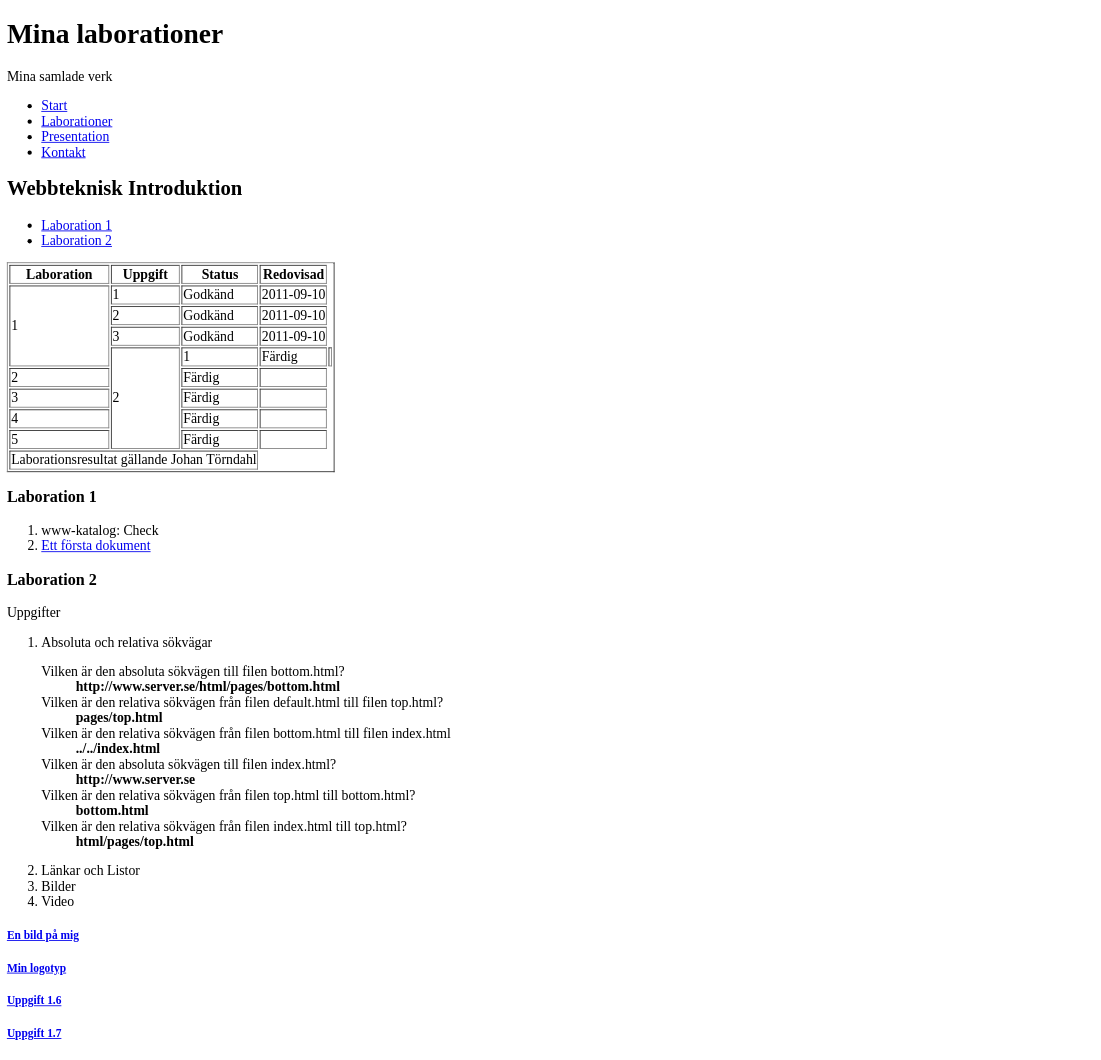
Repository: jt222ia/1ik415-jt222ia-laborationer
Page: pages/laborationer.html
The author's editor kept a record of every edit. The page is drawn from the files as they stood at one moment, then again after the next edit.
The browser window is 1280 px wide. The pictures show the whole page, at 86% of full size.

Above is the page before.

After the next edit:
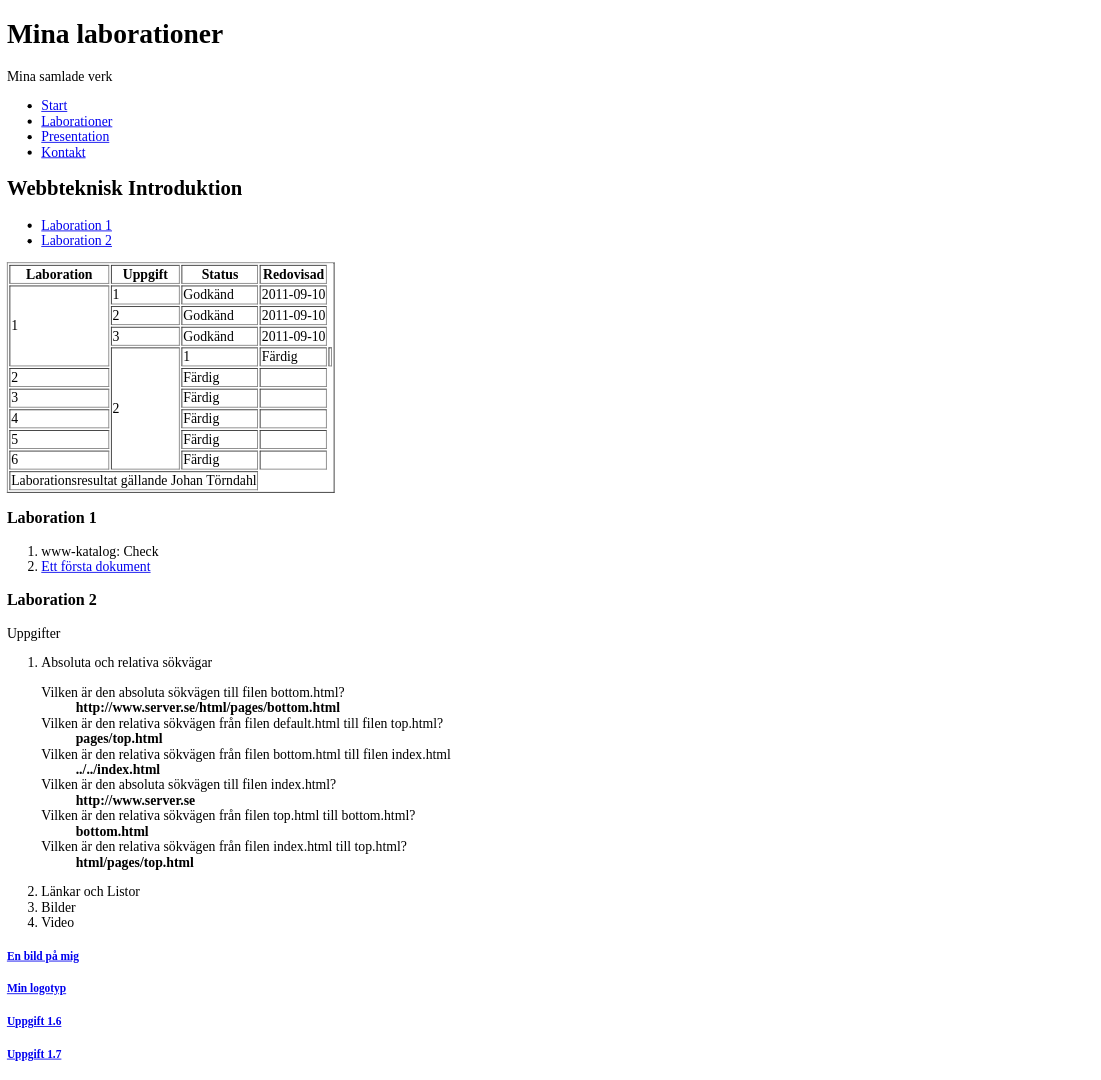
The edit:
--- a/pages/laborationer.html
+++ b/pages/laborationer.html
@@ -80,6 +80,11 @@
                     <td>Färdig</td>
                     <td></td>
                 </tr>
+                 <tr>
+                    <td>6</td>
+                    <td>Färdig</td>
+                    <td></td>
+                </tr>
             </tbody>
         </table>
 
